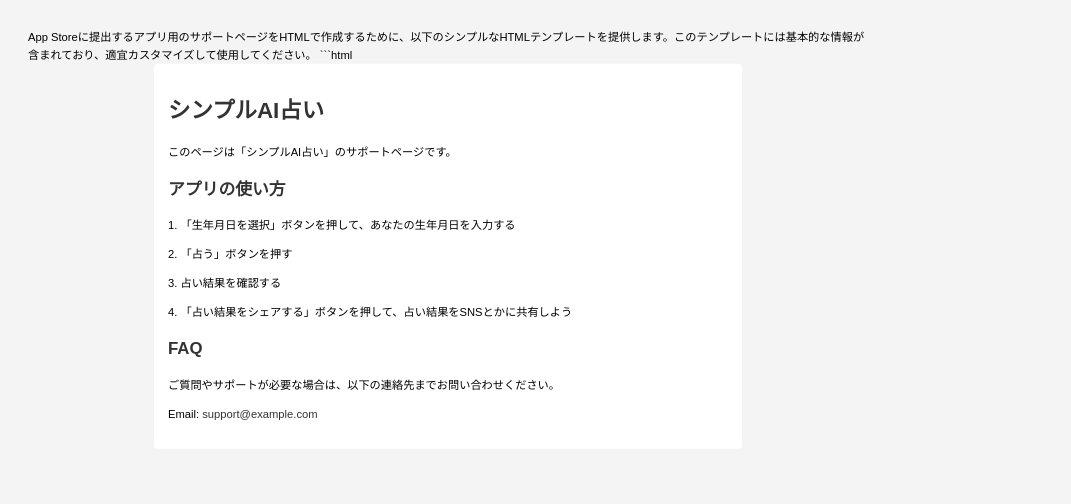
Repository: MasatoKawakami/publicpages
Page: aiuranai/support.html
An editor plug-in stored every save of this project. The page is shown before and after the next save, followed by the edit.
The browser window is 1280 px wide. The page is 1280 px wide, then 1530 px, so the pictures cover 1530 px, including what lies to the right of the window. The pictures show the part of the page from y = 0 to 1600 px (the page is 720 px tall before and 3493 px after), at 70% of full size.

Above is the page before, as saved 2024-03-19 10:18:53.

After the next save:
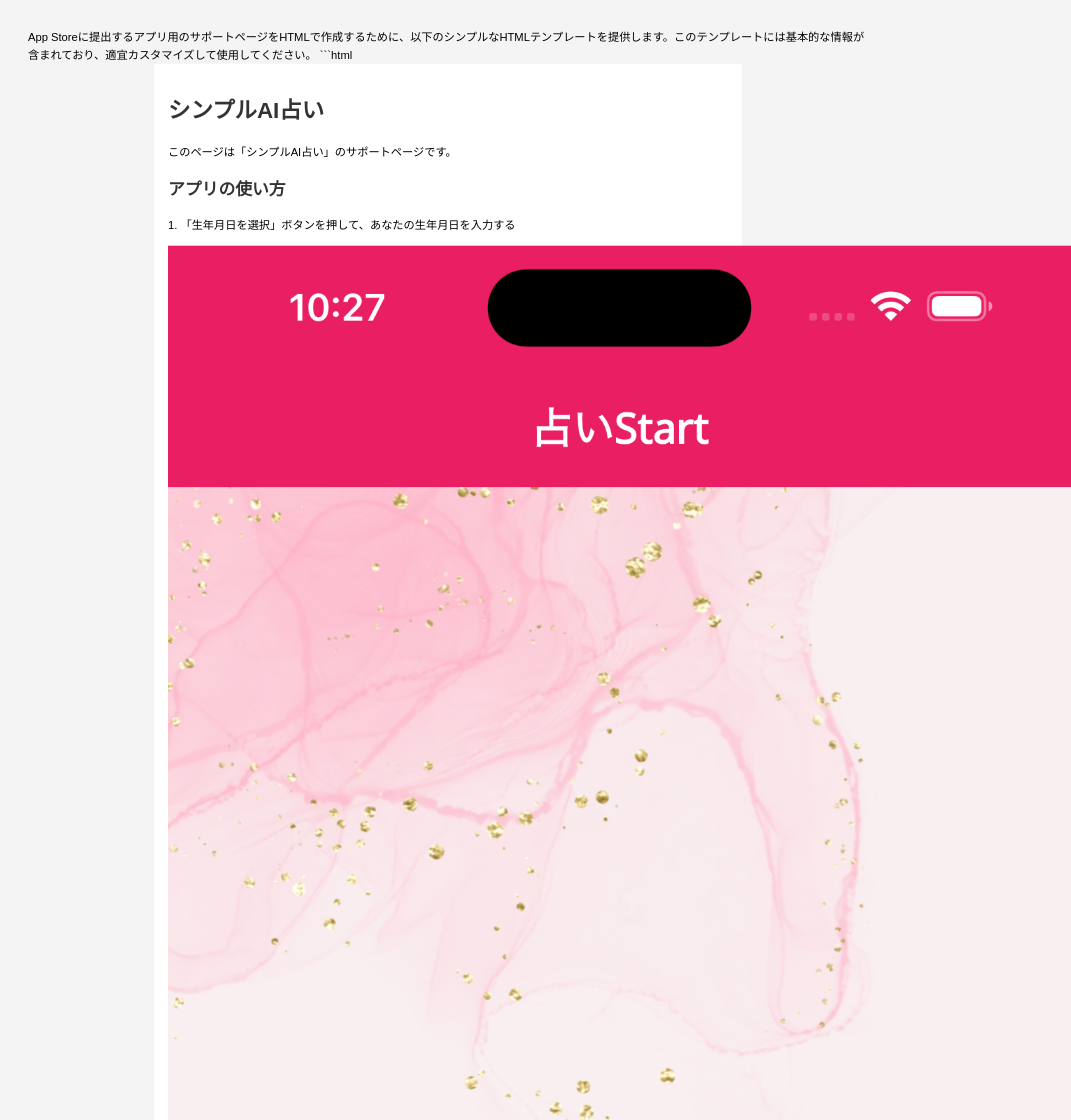
Saved 74 s later.
--- a/aiuranai/support.html
+++ b/aiuranai/support.html
@@ -44,6 +44,7 @@ App Storeに提出するアプリ用のサポートページをHTMLで作成す
 
     <h2>アプリの使い方</h2>
     <p>1. 「生年月日を選択」ボタンを押して、あなたの生年月日を入力する</p>
+    <img src="images/simple_AI_uranai_01.png" alt="step1" />
     <p>2. 「占う」ボタンを押す</p>
     <p>3.  占い結果を確認する</p>
     <p>4. 「占い結果をシェアする」ボタンを押して、占い結果をSNSとかに共有しよう</p>
